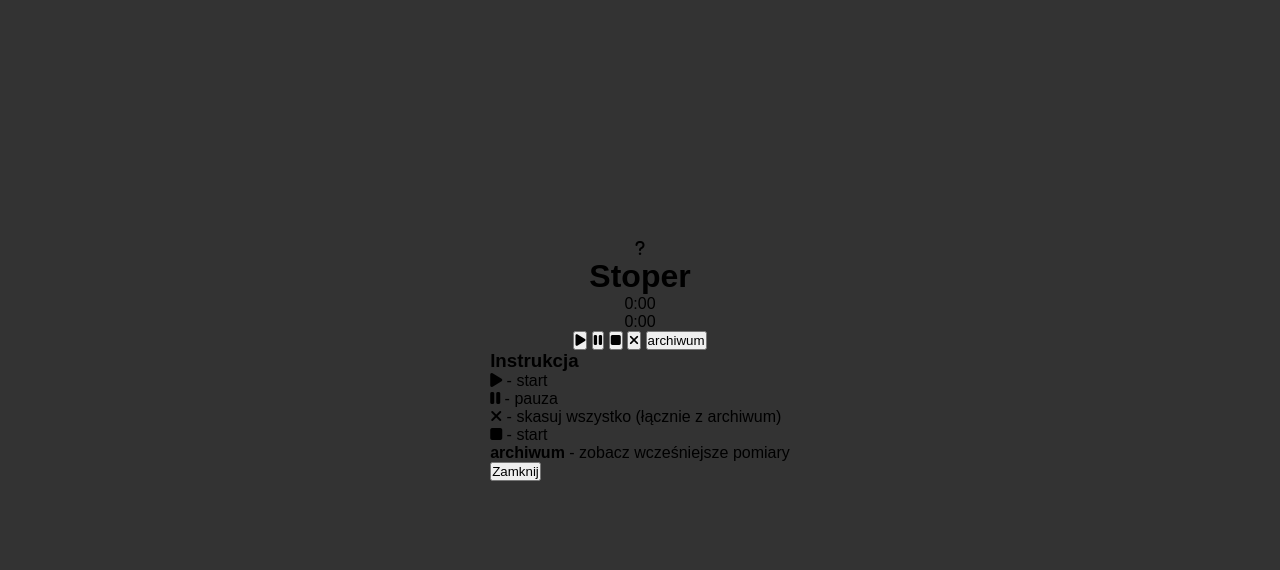
Repository: KrzysKolo/Projekt-5_Stoper
Page: index.html
An editor plug-in stored every save of this project. The page is shown before and after the next save, followed by the edit.
The browser window is 1280 px wide. The pictures show the whole page.
Some web fonts or font styles are not loaded; a fallback is used. Some web libraries are served in a nearby version.

Above is the page before, as saved 2020-07-05 16:44:53.

### index.html
<!DOCTYPE html>
<html lang="en">
  <head>
    <meta charset="UTF-8" />
    <meta name="viewport" content="width=device-width, initial-scale=1.0" />
    <title>Stoper</title>
    <script
      src="https://kit.fontawesome.com/21efeaf281.js"
      crossorigin="anonymous"
    ></script>
    <link
      href="https://fonts.googleapis.com/css2?family=Montserrat+Subrayada&display=swap"
      rel="stylesheet"
    />
    <link rel="stylesheet" href="./css/style.css" />
  </head>
  <body>
    <div class="wrapper">
      <p class="info">
        <i class="fa fa-question" aria-hidden="true"></i>
      </p>
      <h1>Stoper</h1>
      <p class="stopwatch">0:00</p>
      <p class="time">0:00</p>

      <div class="buttons">
        <button class="start"><i class="fas fa-play"></i></button>
        <button class="pouse"><i class="fas fa-pause"></i></button>
        <button class="stop"><i class="fas fa-stop"></i></button>
        <button class="restart"><i class="fas fa-times"></i></button>
        <button class="history">archiwum</button>
      </div>
      <ul class="time-list"></ul>
    </div>
    <div class="modal-shadow">
      <div class="modal"></div>
      <h3>Instrukcja</h3>
      <p><i class="fas fa-play"></i> - start</p>
      <p><i class="fas fa-pause"></i> - pauza</p>
      <p><i class="fas fa-times"></i> - skasuj wszystko (łącznie z archiwum)</p>
      <p><i class="fas fa-stop"></i> - start</p>
      <p><strong>archiwum</strong> - zobacz wcześniejsze pomiary</p>
      <button class="close">Zamknij</button>
    </div>
    <script src="./js/index.js"></script>
  </body>
</html>

### css/style.css
* {
  box-sizing: border-box;
  padding: 0;
  margin: 0;
}
:root {
  --first-color: #fa1406;
  --second-color: #d2c7be;
}
body {
  display: flex;
  justify-content: center;
  align-items: center;
  flex-direction: column;
  min-height: 100vh;
  font-family: "Montserrat Subrayada", sans-serif;
  background-color: #333333;
}
.wrapper {
  position: relative;
  display: flex;
  justify-content: center;
  align-items: center;
  flex-direction: column;
}

Loaded but not shown: js/index.js (no stored copy; drawn as an empty file)

After the next save:
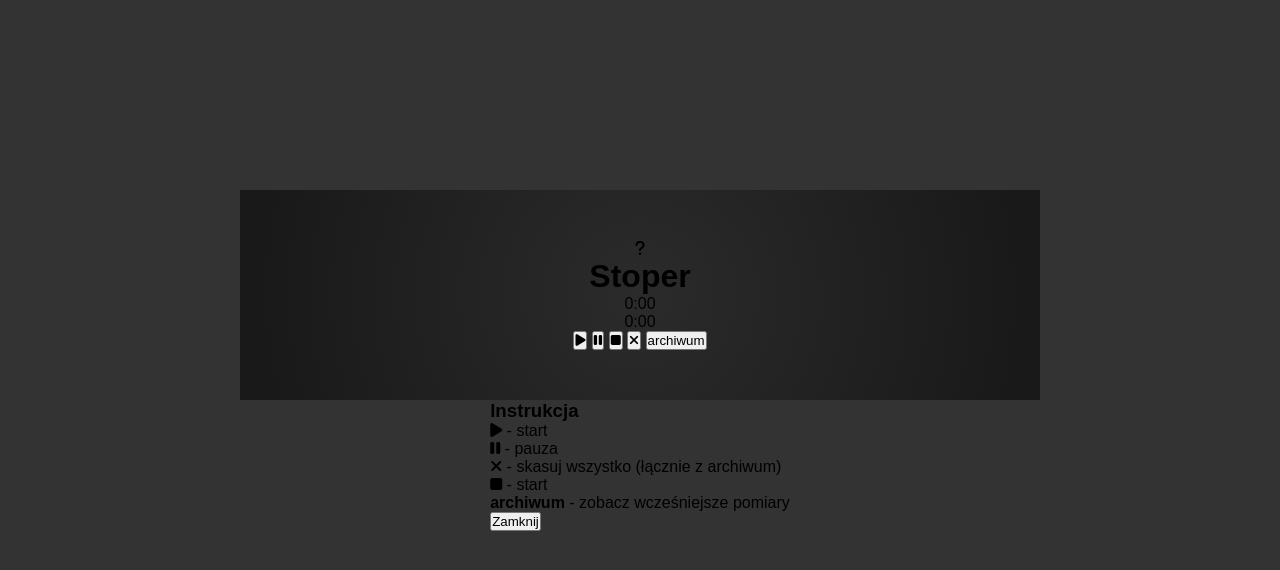
Saved 7 min 27 s later.
--- a/css/style.css
+++ b/css/style.css
@@ -22,4 +22,11 @@ body {
   justify-content: center;
   align-items: center;
   flex-direction: column;
+  padding: 50px;
+  width: 800px;
+  background-image: radial-gradient(
+    circle,
+    rgb(43, 43, 43) 0%,
+    rgb(25, 25, 25) 93%
+  );
 }
